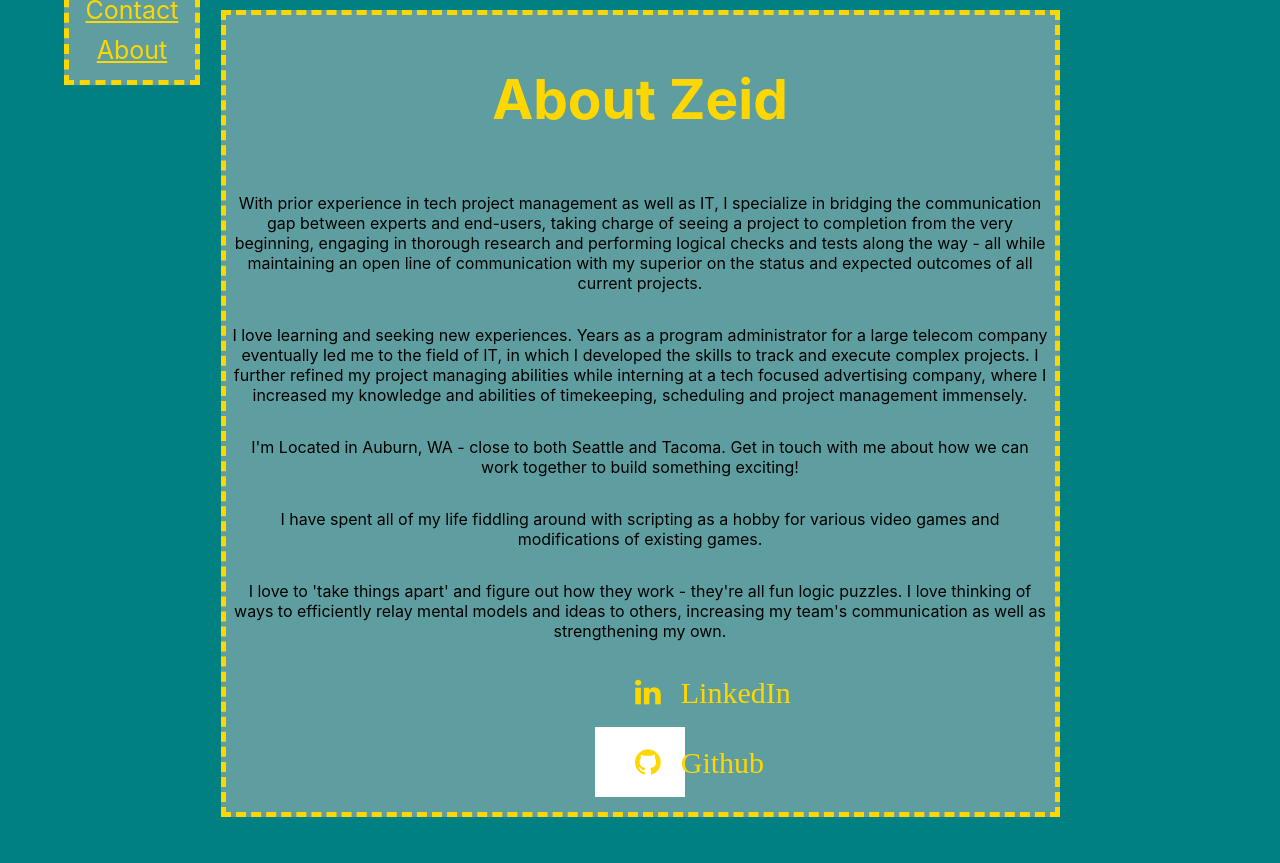
Repository: zeidalidiez/portfolioreact
Page: /
The author's editor kept a copy of each file at every save. The page is drawn from the files as they stood at one save, then again after the next save.
The browser window is 1280 px wide. The pictures show the whole page.
The project was rebuilt for these pictures with package versions that can differ from the ones it lists, and the page was loaded fresh each time. Also part of the build but not shown: src/components/Thumbnail.js, src/components/Projects.js, src/components/Contact.js.

Above is the page before, as saved 2021-02-08 19:07:03.

### public/index.html
<!DOCTYPE html>
<html lang="en">
  <head>
    <meta charset="utf-8" />
    <link href="data:[embedded picture, 289 characters]" rel="icon" type="image/x-icon" />    <meta name="viewport" content="width=device-width, initial-scale=1" />
    <link rel="stylesheet" href="https://cdnjs.cloudflare.com/ajax/libs/font-awesome/4.7.0/css/font-awesome.min.css">
    <meta name="theme-color" content="#000000" />
    <meta
      name="description"
      content="Web site created using create-react-app"
    />    <!--
      manifest.json provides metadata used when your web app is installed on a
      user's mobile device or desktop. See https://developers.google.com/web/fundamentals/web-app-manifest/
    -->
    <link rel="manifest" href="%PUBLIC_URL%/manifest.json" />
    <!--
      Notice the use of %PUBLIC_URL% in the tags above.
      It will be replaced with the URL of the `public` folder during the build.
      Only files inside the `public` folder can be referenced from the HTML.

      Unlike "/favicon.ico" or "favicon.ico", "%PUBLIC_URL%/favicon.ico" will
      work correctly both with client-side routing and a non-root public URL.
      Learn how to configure a non-root public URL by running `npm run build`.
    -->
    <title>Zeid Diez - Portfolio</title>
  </head>
  <body>
    <noscript>You need to enable JavaScript to run this app.</noscript>
    <div id="root"></div>
    <!--
      This HTML file is a template.
      If you open it directly in the browser, you will see an empty page.

      You can add webfonts, meta tags, or analytics to this file.
      The build step will place the bundled scripts into the <body> tag.

      To begin the development, run `npm start` or `yarn start`.
      To create a production bundle, use `npm run build` or `yarn build`.
    -->
  </body>
</html>

### src/index.js
import React from 'react';
import ReactDOM from 'react-dom';
import './index.css';
import App from './components/App';
import reportWebVitals from './reportWebVitals';

ReactDOM.render(
  <React.StrictMode>
  <App />
  </React.StrictMode>,
  document.getElementById('root')
);

// If you want to start measuring performance in your app, pass a function
// to log results (for example: reportWebVitals(console.log))
// or send to an analytics endpoint. Learn more: https://bit.ly/CRA-vitals
reportWebVitals();

### src/components/App.js
// App.jsx

import React from 'react';
// Import the BrowserRouter, Route and Link components
import {Route, BrowserRouter as Router, Link} from "react-router-dom";
import Projects from './Projects.js';
import Contact from './Contact.js';
import About from './About.js';
import './App.css';

function App() {
  return (
    <header>
    <Router>
      <div className="App">
        <Route exact path="/Projects" component={Projects} />
        <Route exact path="/Contact" component={Contact} />
        <Route exact path="/About" component={About} />
        <Route exact path="/" component={About} />
  <nav>
        <div className="navigation">
          <div className="navigation-sub">
            <Link to="/Projects" className="item">Projects</Link>
            <Link to="/Contact" className="item">Contact</Link>
            <Link to="/About" className="item">About</Link>

          </div>
        </div>
        </nav>
      </div>
    </Router>
    <menu>

</menu>
    </header>


  );
}

export default App;

### src/components/About.js
import React from "react"

function About(props) {
  return (
    <div className="aboutDiv">
      <h2>About Zeid</h2>
      <p>With prior experience in tech project management as well as IT, I specialize in bridging the communication gap between experts and end-users, taking charge of seeing a project to completion from the very beginning, engaging in thorough research and performing logical checks and tests along the way - all while maintaining an open line of communication with my superior on the status and expected outcomes of all current projects. </p>
      <p>I love learning and seeking new experiences. Years as a program administrator for a large telecom company eventually led me to the field of IT, in which I developed the skills to track and execute complex projects. I further refined my project managing abilities while interning at a tech focused advertising company, where I increased my knowledge and abilities of timekeeping, scheduling and project management immensely.</p>
      <p>I'm Located in Auburn, WA - close to both Seattle and Tacoma. Get in touch with me about how we can work together to build something exciting! </p>
      <p>I have spent all of my life fiddling around with scripting as a hobby for various video games and modifications of existing games.</p>
      <p>I love to 'take things apart' and figure out how they work - they're all fun logic puzzles. I love thinking of ways to efficiently relay mental models and ideas to others, increasing my team's communication as well as strengthening my own.</p>

      <a href="https://www.linkedin.com/in/zeid-diez/" class="fa fa-linkedin">LinkedIn</a>
      <a href="https://github.com/zeidalidiez" class="fa fa-github">Github</a>
    </div>
  )
}

export default About;

### src/components/App.css

body {
  background-color: teal;
  display: grid;
}
div {
display: grid;
padding: 5px;
position: relative;
text-align: center;
padding-bottom: 15px;

}
 .projectDiv {
  background-color: cadetblue;
  width: 65%;
  justify-self: center;
  align-self: center;
  align-items: center;
  border: 5px dashed gold;
 }
h2 {
  color: Gold;
  font-size: 55px;
}

/* div.project {
  text-align: center;
  font-family: Georgia, "Times New Roman", Times, serif;
  font-style: italic;
  padding-bottom: 15px;
  border: 5px dashed gold;
  width: 80%;
  justify-self: center;
} */

div.project-title {
  position: relative;
  text-align: center;
  font-family: Georgia, "Times New Roman", Times, serif;
  font-style: italic;
  padding-bottom: 15px;

}

.navigation {
text-align: center;
align-self: center;
top: 0;
position: fixed;
  }

.navigation-sub {
padding: 10px;
text-align: center;
align-self: center;
bottom: auto;
left: 5%;
position: fixed;
border: 5px dashed gold;
background-color: cadetblue;
font-size: 25px;
}

a {
  display: grid;
padding: 5px;
text-align: center;
align-self: center;
}

img {
  display: block;
  margin-left: auto;
  margin-right: auto;
  width: 50%;
}


/* unvisited link */
a:link {
  color: gold;
}

/* visited link */
a:visited {
  color: rgb(255, 208, 0);
}

/* mouse over link */
a:hover {
  color: rgb(255, 174, 0);
}

/* selected link */
a:active {
  color: rgb(255, 0, 0);
}

.aboutDiv {
  background-color: cadetblue;
  width: 65%;
  justify-self: center;
  border: 5px dashed gold;

}

form {
  background-color: cadetblue;
  width: 65%;
  justify-self: center;
  padding-bottom: 60px;
  display: grid;
  border: 5px dashed gold;
}

.emailInput {
  width: 100%;
  padding: 12px 20px;
  margin: 8px 0;
  box-sizing: border-box;
}

.messageInput {
  width: 100%;
  box-sizing: border-box;
  height: 150px;
  border-radius: 4px;
  resize: none;
}

/* Style all font awesome icons */
.fa {
  padding: 20px;
  font-size: 50px;
  width: 50px;
  text-align: center;
  text-decoration: none;
  justify-self: center;
}

/* Add a hover effect if you want */
.fa:hover {
  opacity: 0.7;
}

/* Set a specific color for each brand */

/* linkedin */
.fa-linkedin {
  font-size: 30px;
}

/* github */
.fa-github {
  background: #ffffff;
  color: rgb(0, 0, 0);
  font-size: 30px;
}

a.fa.fa-linkedin::before {
  padding: 20px;
}

a.fa.fa-github::before {
  padding: 20px;
}

a.fa.fa-linkedin::after {
  font-size: 20px;
}

a.fa.fa-github::after {
  font-size: 20px;
}

@media screen and (max-width: 800px) {
  .navigation {
    text-align: center;
    align-self: center;
    top: 0;
    position: fixed;
      }

    .navigation-sub {
    padding: 10px;
    text-align: center;
    align-self: center;
    bottom: auto;
    left: 5%;
    position: fixed;
    border: 5px dashed gold;
    background-color: cadetblue;
    font-size: 10px;
    }
}

Loaded but not shown: src/index.css (common file); src/reportWebVitals.js (common file)

After the next save:
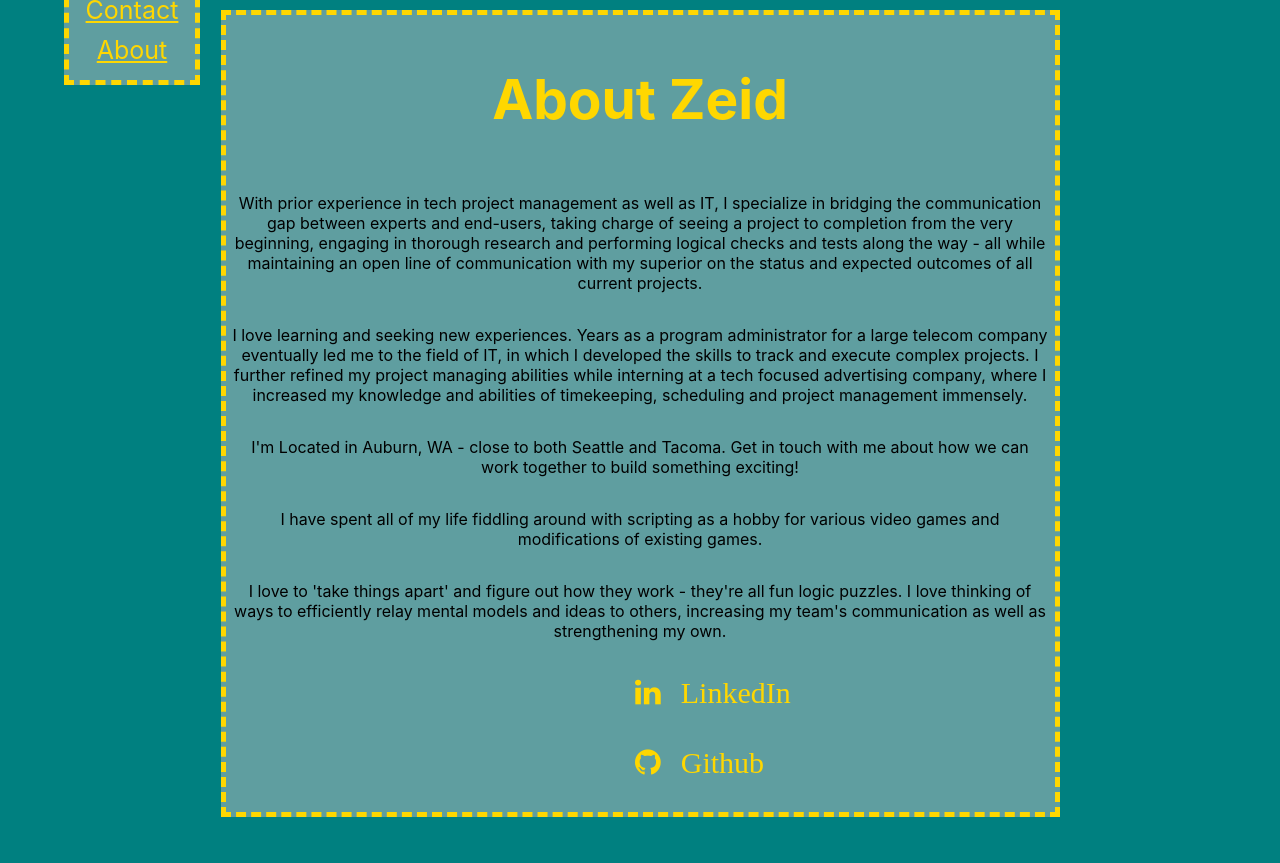
Saved 8 s later.
--- a/src/components/App.css
+++ b/src/components/App.css
@@ -153,8 +153,7 @@ form {
 
 /* github */
 .fa-github {
-  background: #ffffff;
-  color: rgb(0, 0, 0);
+
   font-size: 30px;
 }
 
